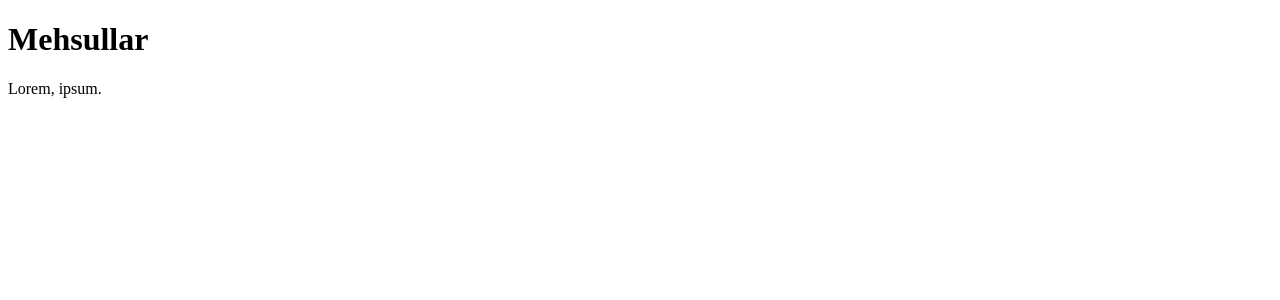
Repository: AytacSafarova/task-111
Page: index.html
The author's editor kept a copy of each file at every save. The page is drawn from the files as they stood at one save, then again after a run of saves.
The browser window is 1280 px wide. The pictures show the whole page.

Above is the page before, as saved 2023-09-25 11:20:15.

### index.html
<!DOCTYPE html>
<html lang="en">
<head>
  <meta charset="UTF-8">
  <meta name="viewport" content="width=device-width, initial-scale=1.0">
  <title>Document</title>
</head>
<style>
  .text{}

</style>
<body>
<h1 class="text">Mehsullar</h1>
<p class="text">Lorem, ipsum.</p>
</body>
</html>

After the next 2 saves:
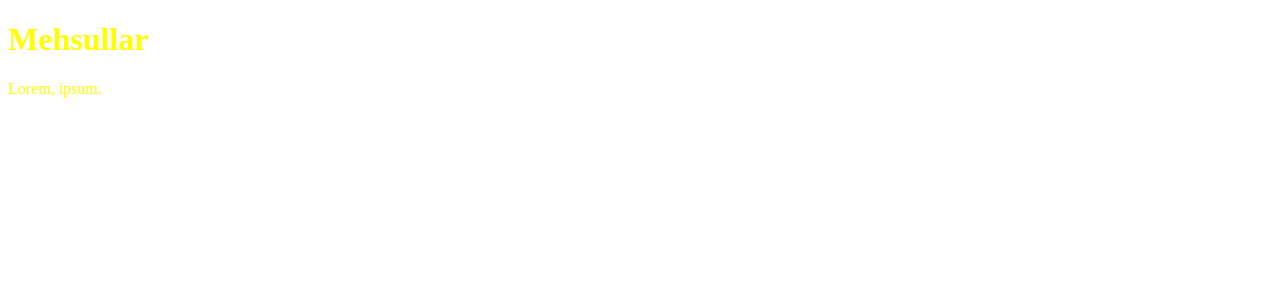
The 2 saves are shown as one change because they came seconds apart.
The last was saved 6 s later.
--- a/index.html
+++ b/index.html
@@ -6,7 +6,9 @@
   <title>Document</title>
 </head>
 <style>
-  .text{}
+  .text{
+    color: yellow;
+  }
 
 </style>
 <body>
